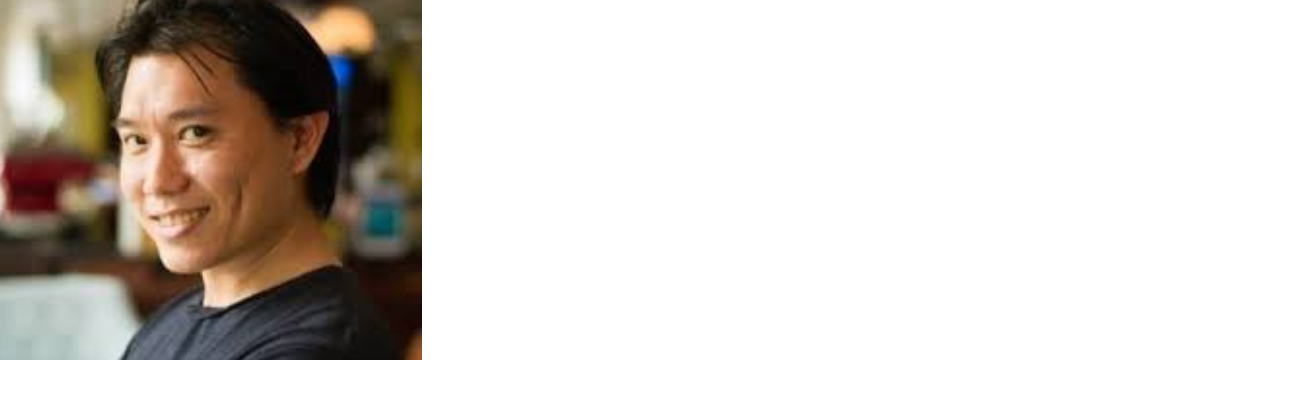
Repository: Scuzeme/codeinstitue-resume-project
Page: index.html
The author's editor kept a record of every edit. The page is drawn from the files as they stood at one moment, then again after the next edit.
The browser window is 1280 px wide. The page is 1295 px wide, so the pictures cover 1295 px, including what lies to the right of the window. The pictures show the whole page.

Above is the page before.

After the next edit:
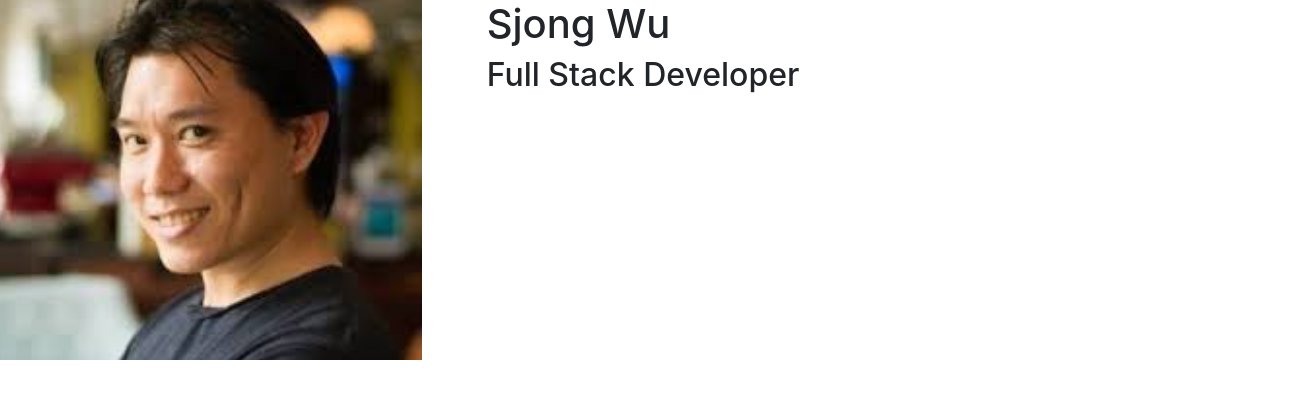
The edit:
--- a/index.html
+++ b/index.html
@@ -18,7 +18,12 @@
 
             </a>
             <div class="col-md-8">
-
+                <div class="row">
+                    <div class="col heading">
+                        <h1 class="name">Sjong Wu</h1>
+                        <h2 class="title">Full Stack Developer</h2>
+                    </div>
+                </div>
             </div>
         </div>
 
